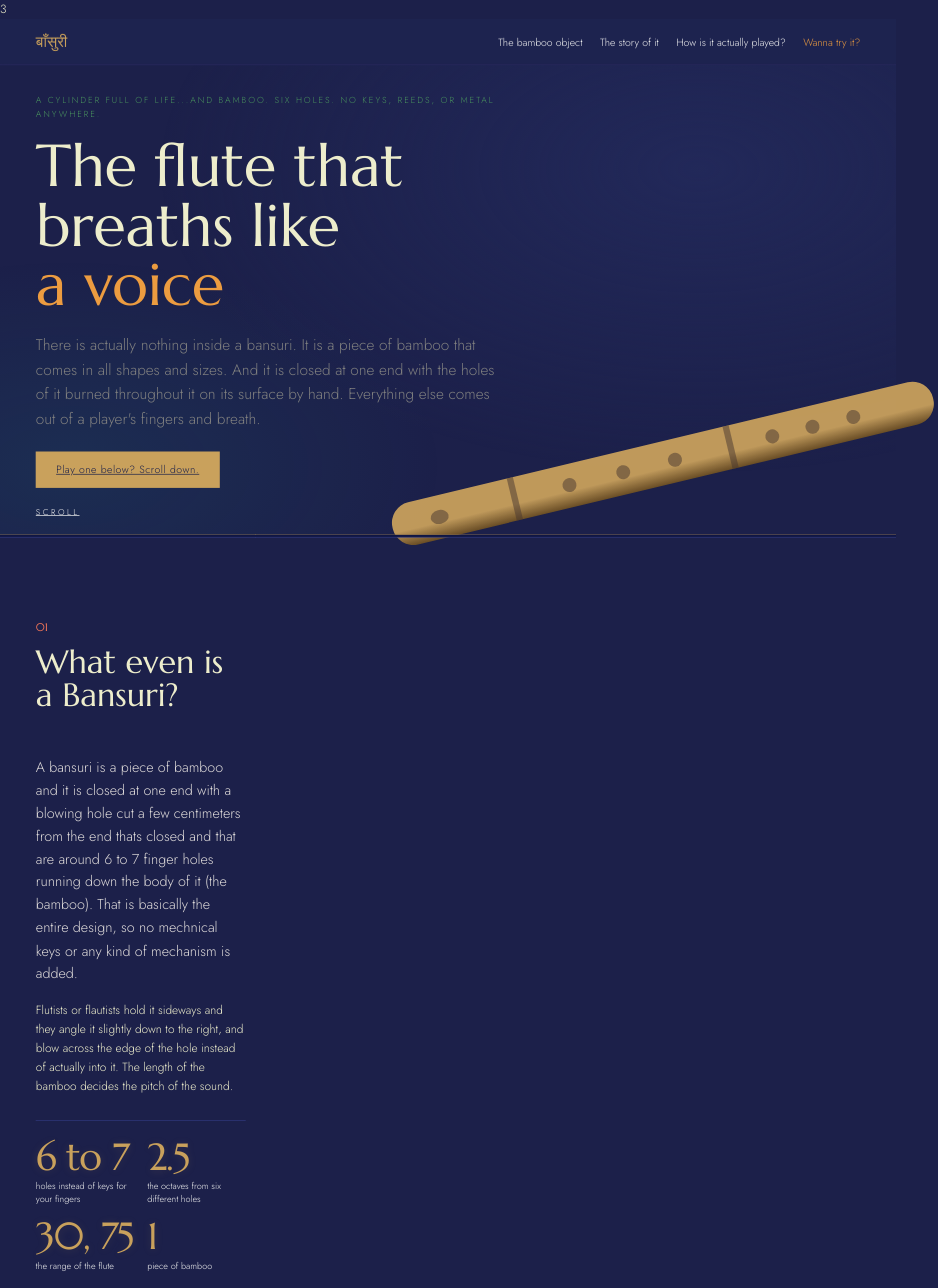
Repository: manayparikh1/Bansi
Page: index.html
These files come from the project's save history. The page is drawn as it stood at one moment and after the next save; the edit follows.
The browser window is 1280 px wide. The page is 1340 px wide, so the pictures cover 1340 px, including what lies to the right of the window. The pictures show the part of the page from y = 0 to 1840 px (the page is 6175 px tall before and 6980 px after), at 70% of full size.

Above is the page before, as saved 2026-09-23 07:09:04.

After the next save:
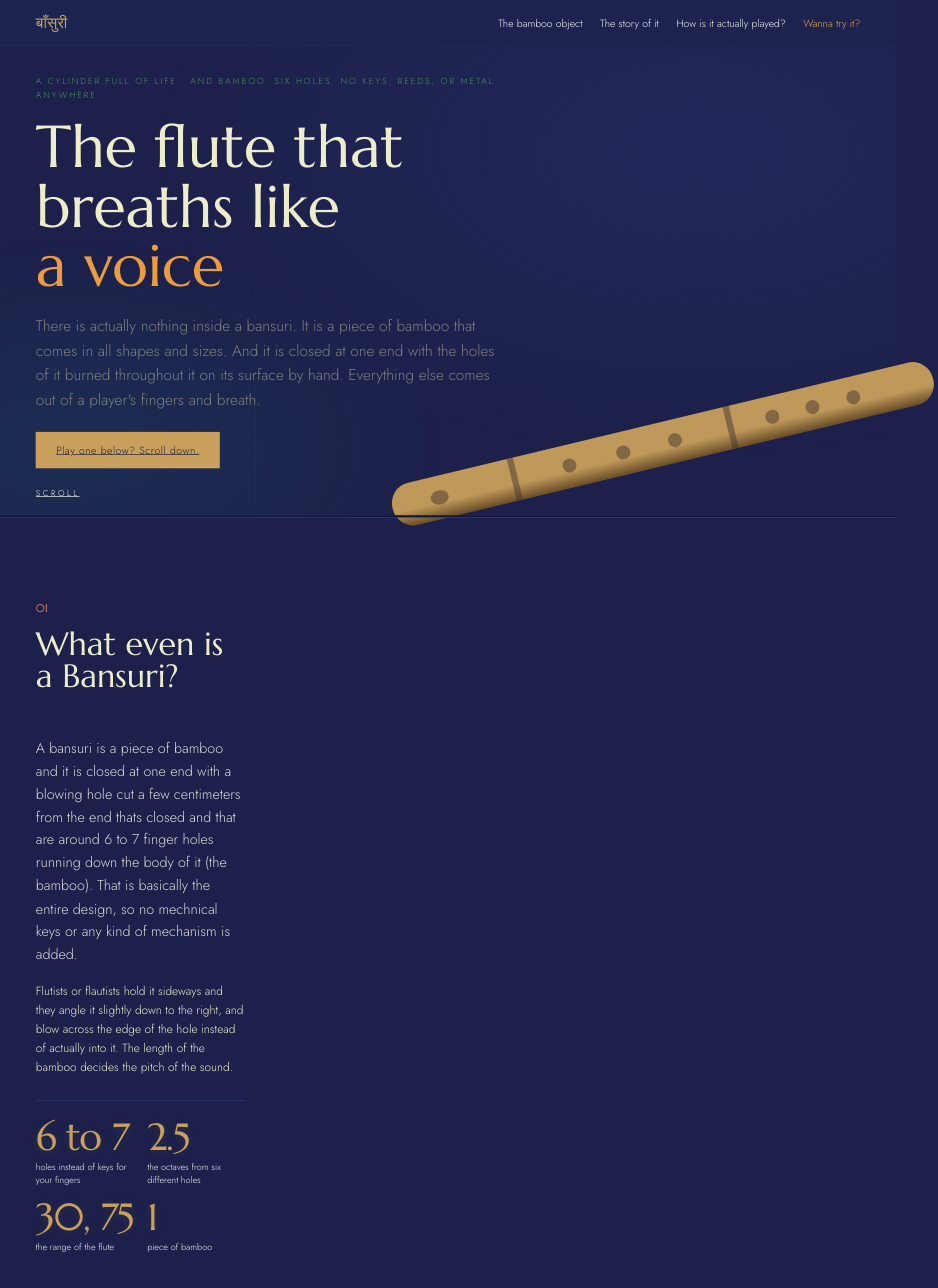
Saved 106 s later.
--- a/index.html
+++ b/index.html
@@ -8,7 +8,7 @@
     <link rel="preconnect" href="https://fonts.googleapis.com">
     <link rel="preconnect" href="https://fonts.gstatic.com" crossorigin>
     <link href="https://fonts.googleapis.com/css2?family=Marcellus&family=Jost:wght@300;400;500&display=swap"
-        rel="stylesheet">3
+        rel="stylesheet">
     <link rel="stylesheet" href="style.css">
 </head>
 
@@ -145,10 +145,14 @@
         </div>
     </section>
     <!--==3. how is it ac played-->
-    <section class="band" id="play" <div class="wrap two-col">
-
-        <div class="col-head" <p class="num">003</p>
-            <h2>Why having no keys is basically the whole point!</h2>
+    <section class="band" id="play">
+        <div class="wrap two-col">
+
+            <div class="col-head">
+                <p class="num">003</p>
+                <h2>Why having no keys is basically the whole point!</h2>
+            </div>
+
             <div>
                 <div class="col-body">
                     <p class="lead">
@@ -176,6 +180,7 @@
                     </div>
                 </div>
             </div>
+        </div>
     </section>
     <!-- ===4.Studio=== -->
     <section class="thestudio" id="thestudio">
